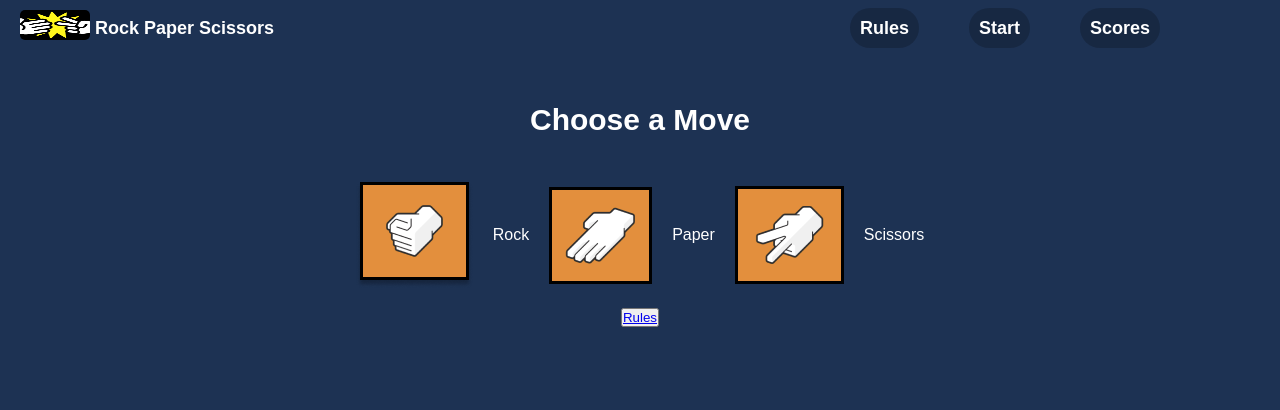
Repository: MikkyPrestige/rock-paper-scissors
Page: game.html
These files come from the project's save history. The page is drawn as it stood at one moment and after the next save; the edit follows.
The browser window is 1280 px wide. The pictures show the whole page.

Above is the page before, as saved 2023-05-08 06:37:51.

### game.html
<!DOCTYPE html>
<html lang="en">

<head>
  <meta charset="UTF-8">
  <meta http-equiv="X-UA-Compatible" content="IE=edge">
  <meta name="viewport" content="width=device-width, initial-scale=1.0">
  <title>Rock, Paper, Scissors</title>
  <link rel="stylesheet" href="./index.css">
</head>

<body>
  <main>
    <header>
      <figure class="headerLogo">
        <a href="/">
          <img src="./img/logo.png" alt="Logo" class="logo">
        </a>
        <figcaption class="logoCaption">Rock Paper Scissors</figcaption>
      </figure>
      <nav>
        <ul>
          <li><a href="#rule">Rules</a></li>
          <li><a href="./game.html">Start</a></li>
          <li><a href="#">Scores</a></li>
        </ul>
      </nav>
    </header>
    <section class="game">
      <h1 class="game--title">Choose a Move</h1>
      <figure class="game--img">
        <img src="./img/rock.png" alt="Rock image">
        <figcaption class="game--caption">Rock</figcaption>
        <img src="./img/paper.png" alt="paper image">
        <figcaption class="game--caption">Paper</figcaption>
        <img src="./img/scissors.png" alt="scissors image">
        <figcaption class="game--caption">Scissors</figcaption>
      </figure>
      <button class="rule-btn">
        <a href="./index.html#rule">Rules</a>
      </button>
    </section>
  </main>
</body>

</html>

### index.css
*,
*::after,
*::before {
  box-sizing: border-box;
  margin: 0;
  padding: 0;
}

html {
  font-size: 62.5%;
}

body {
  font-family: "Fira Sans", sans-serif;
  font-size: 1.6rem;
  line-height: 1.5;
  background: rgba(29, 50, 83, 1);
  color: rgba(255, 255, 255, 1);
  width: 100%;
  height: 100%;
}

main {
  display: flex;
  flex-direction: column;
  justify-content: center;
  align-items: center;
  gap: 2rem;
  height: 100%;
  width: 100%;
}

header {
  display: flex;
  justify-content: space-between;
  align-items: center;
  padding: 1rem 2rem;
  width: 100%;
  height: auto;
}

.headerLogo {
  display: flex;
  align-items: center;
  gap: .5rem;
  height: auto;
}

.logo {
  width: 7rem;
  height: 3rem;
  border-radius: .5rem;
  -webkit-border-radius: .5rem;
  -moz-border-radius: .5rem;
  -ms-border-radius: .5rem;
  -o-border-radius: .5rem;
}

.logoCaption {
  font-size: 1.8rem;
  font-weight: 600;
  color: rgba(255, 255, 255, 1);
}

nav {
  height: auto;
  margin-right: 10rem;
}

ul {
  display: flex;
  justify-content: center;
  align-items: center;
  gap: 5rem;
  list-style: none;
}

li a {
  font-size: 1.8rem;
  font-weight: 600;
  color: rgba(255, 255, 255, 1);
  background: linear-gradient(0deg, rgba(0, 0, 0, 0.2), rgba(0, 0, 0, 0.2)), #1D3253;
  text-decoration: none;
  padding: 1rem;
  border-radius: 2rem;
}

li a:hover {
  background: rgba(255, 255, 255, 1);
  color: rgba(29, 50, 83, 1);
  text-decoration: underline;
}

.home {
  display: flex;
  justify-content: center;
  align-items: center;
  width: 100%;
  height: 70vh;
}

.images {
  position: relative;
  height: 100%;
  flex-basis: 30%;
}

.img {
  background: rgba(253, 253, 253, 0.9);
  border-radius: 50%;
  -webkit-border-radius: 50%;
  -moz-border-radius: 50%;
  -ms-border-radius: 50%;
  -o-border-radius: 50%;
  width: 15rem;
  height: 15rem;
}

.rock {
  position: absolute;
  top: 5rem;
  left: 0rem;
}

.paper {
  position: absolute;
  top: 5rem;
  right: 5rem;
}

.scissors {
  position: absolute;
  bottom: 5rem;
  left: 8rem;
}

.content {
  display: flex;
  flex-direction: column;
  justify-content: center;
  align-items: center;
  gap: 2rem;
}

.content--title {
  font-size: 3.6rem;
  font-weight: 600;
  width: 70%;
  text-transform: uppercase;
}

.content-rock {
  color: rgba(195, 183, 183, 1);
}

.content-scissors {
  color: rgba(233, 35, 35, 1);
}

.content--text {
  font-size: 2.5rem;
  font-weight: 400;
  width: 70%;
}

.fun {
  color: rgba(233, 35, 35, 1);
}

.btn {
  width: 13rem;
  height: 5rem;
  background: #2C7AF0;
  border-radius: 1rem;
  -webkit-border-radius: 1rem;
  -moz-border-radius: 1rem;
  -ms-border-radius: 1rem;
  -o-border-radius: 1rem;
  border: none;
  margin-top: 5rem;
  transition: all .3s ease-in-out;
  -webkit-transition: all .3s ease-in-out;
  -moz-transition: all .3s ease-in-out;
  -ms-transition: all .3s ease-in-out;
  -o-transition: all .3s ease-in-out;
}

.btn a {
  text-decoration: none;
  font-size: 2rem;
  color: rgba(255, 255, 255, 1);
  cursor: pointer;
}

.btn a:hover {
  color: rgba(44, 122, 240, 1);
}

.btn:hover {
  background: rgba(255, 255, 255, .7);
}

.rule {
  width: 100%;
  height: 100%;
  background: #D0CEC9;
}

.rule--container {
  display: flex;
  flex-direction: column;
  justify-content: center;
  align-items: center;
  gap: 1rem;
  margin: 2rem;
}

.rule--title {
  font-size: 3rem;
  font-weight: 600;
  color: #000;
}

.rule--content {
  display: flex;
  justify-content: space-around;
  align-items: center;
}

.rule--img {
  width: 35rem;
  height: 35rem;
}

.rule--para {
  background: #C4C4C4;
  width: 50%;
  text-align: center;
  padding: 2rem 5rem;
  border-radius: 3rem;
  -webkit-border-radius: 3rem;
  -moz-border-radius: 3rem;
  -ms-border-radius: 3rem;
  -o-border-radius: 3rem;
  display: flex;
  flex-direction: column;
  justify-content: center;
  align-items: center;
  gap: 1rem;
}

.rule--text {
  color: rgba(0, 163, 255, 1);
}

.game {
  display: flex;
  flex-direction: column;
  justify-content: center;
  align-items: center;
  gap: 2rem;
  width: 100%;
  height: 100%;
}

.game--title {
  font-size: 3rem;
  font-weight: 600;
  margin: 2rem;
}

.game--img {
  display: flex;
  justify-content: center;
  align-items: center;
  gap: 2rem;
  width: 100%;
}

footer {
  margin: 1rem auto;
}

.footer--text {
  font-family: "Inter";
}

.footer--link {
  color: rgba(44, 122, 240, 1);
  text-decoration: none;
}

After the next save:
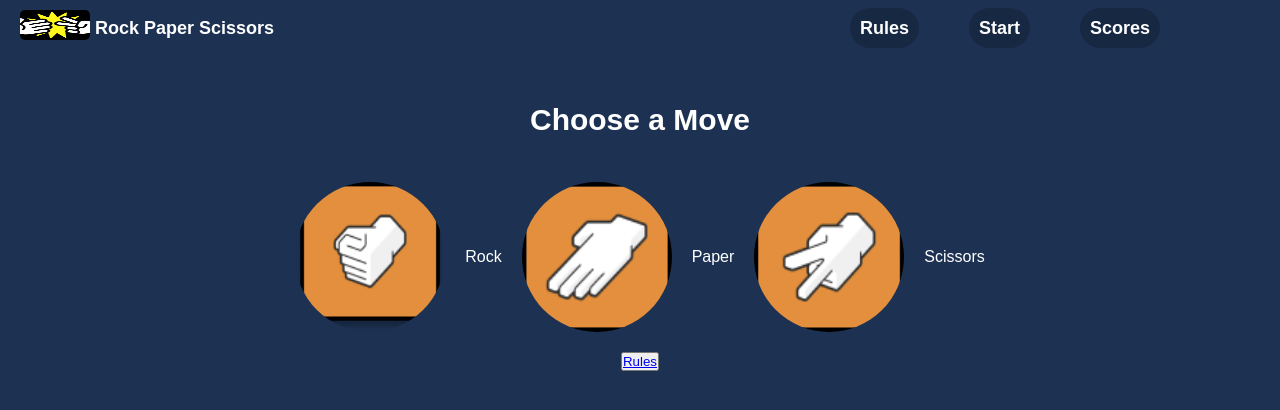
Saved 7 s later.
--- a/index.css
+++ b/index.css
@@ -277,6 +277,16 @@ li a:hover {
   width: 100%;
 }
 
+.game--img img {
+  width: 15rem;
+  height: 15rem;
+  border-radius: 50%;
+  -webkit-border-radius: 50%;
+  -moz-border-radius: 50%;
+  -ms-border-radius: 50%;
+  -o-border-radius: 50%;
+}
+
 footer {
   margin: 1rem auto;
 }
